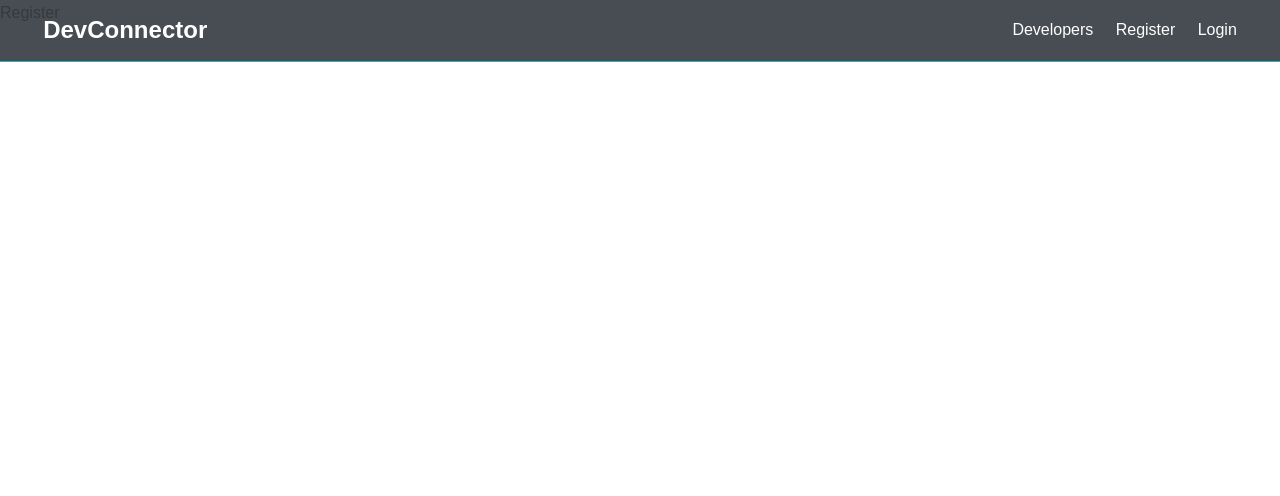
Repository: ErikBaer/devConnector
Page: /register (app in client/)
An editor plug-in stored every save of this project. The page is shown before and after the next save, followed by the edit.
The browser window is 1280 px wide. The pictures show the whole page.
Some icons come from a web library that is not loaded, so they are not drawn. Some web libraries are served in a nearby version. The project was rebuilt for these pictures with package versions that can differ from the ones it lists, and the page was loaded fresh each time. Also part of the build but not shown: client/src/components/layout/Landing.js, client/src/components/auth/Login.js.

Above is the page before, as saved 2020-04-10 01:26:08.

After the next save:
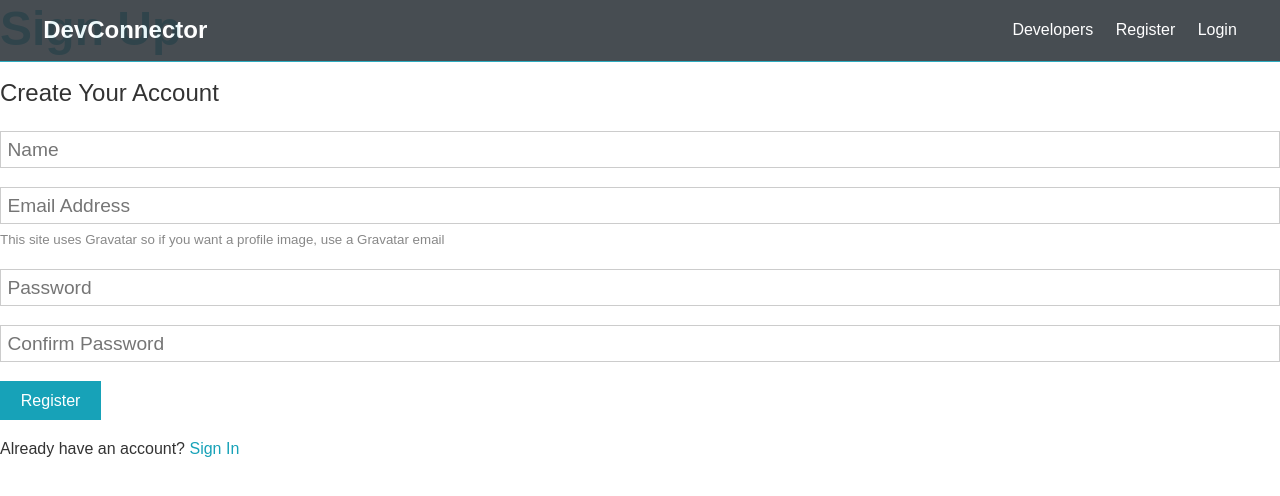
Saved 109 s later.
--- a/client/src/components/auth/Register.js
+++ b/client/src/components/auth/Register.js
@@ -3,7 +3,40 @@ import React, { Fragment } from 'react'
 const Register = () => {
     return (
         <Fragment>
-            Register
+            <h1 class="large text-primary">Sign Up</h1>
+            <p class="lead"><i class="fas fa-user"></i> Create Your Account</p>
+            <form class="form" action="create-profile.html">
+                <div class="form-group">
+                    <input type="text" placeholder="Name" name="name" required />
+                </div>
+                <div class="form-group">
+                    <input type="email" placeholder="Email Address" name="email" />
+                    <small class="form-text"
+                    >This site uses Gravatar so if you want a profile image, use a
+            Gravatar email</small
+                    >
+                </div>
+                <div class="form-group">
+                    <input
+                        type="password"
+                        placeholder="Password"
+                        name="password"
+                        minLength="6"
+                    />
+                </div>
+                <div class="form-group">
+                    <input
+                        type="password"
+                        placeholder="Confirm Password"
+                        name="password2"
+                        minLength="6"
+                    />
+                </div>
+                <input type="submit" class="btn btn-primary" value="Register" />
+            </form>
+            <p class="my-1">
+                Already have an account? <a href="login.html">Sign In</a>
+            </p>
         </Fragment>
     )
 }
